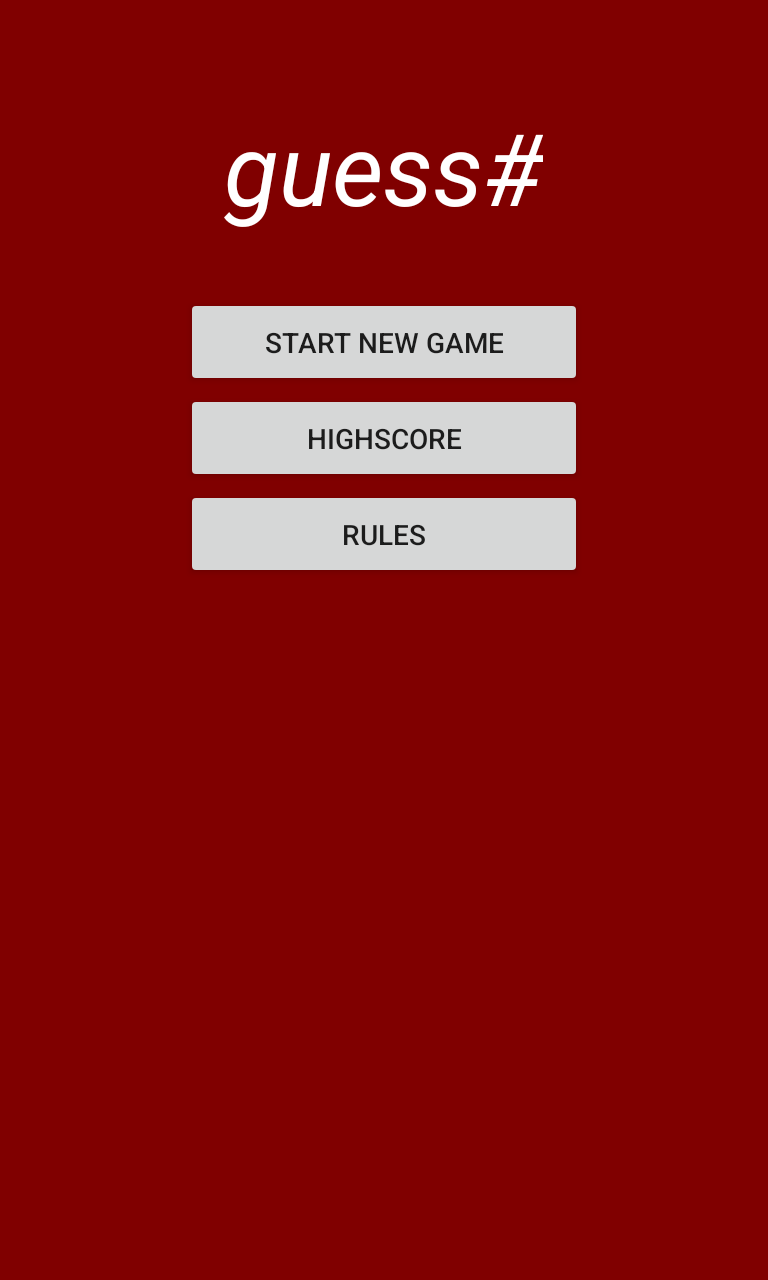
Repository: Hannanina/GuessTag
Layout: GuessTag/res/layout/activity_start.xml
The author's editor kept a copy of each file at every save. The layout is drawn from the files as they stood at one save, then again after the next save.
It is drawn on a 768 x 1280 px phone screen (xhdpi) without system bars, with theme AppTheme; the app's code is not run.

Above is the layout before, as saved 2014-12-05 13:51:13.

After the next save:
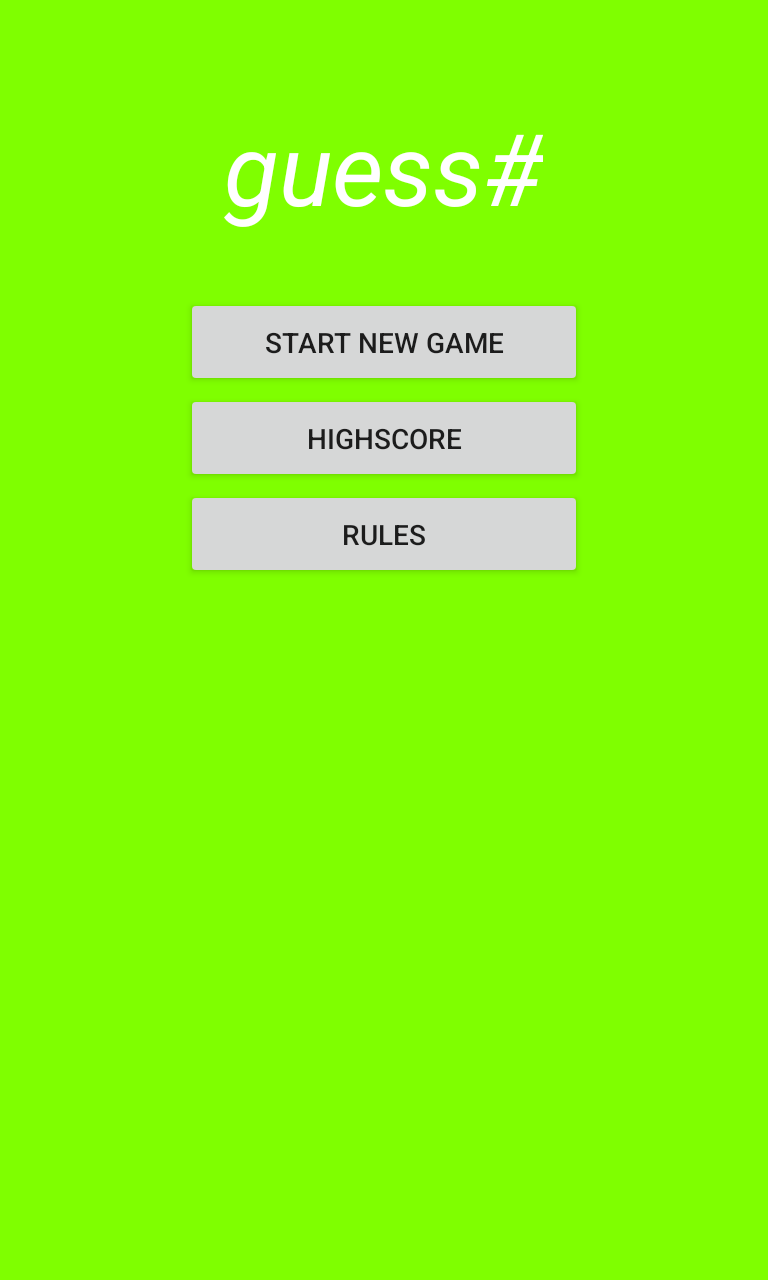
Saved 19 s later.
--- a/GuessTag/res/layout/activity_start.xml
+++ b/GuessTag/res/layout/activity_start.xml
@@ -2,7 +2,7 @@
 <LinearLayout xmlns:android="http://schemas.android.com/apk/res/android"
     android:layout_width="match_parent"
     android:layout_height="match_parent"
-    android:background="@color/Maroon"
+    android:background="@color/Chartreuse"
     android:orientation="vertical" >
 
     <TextView
